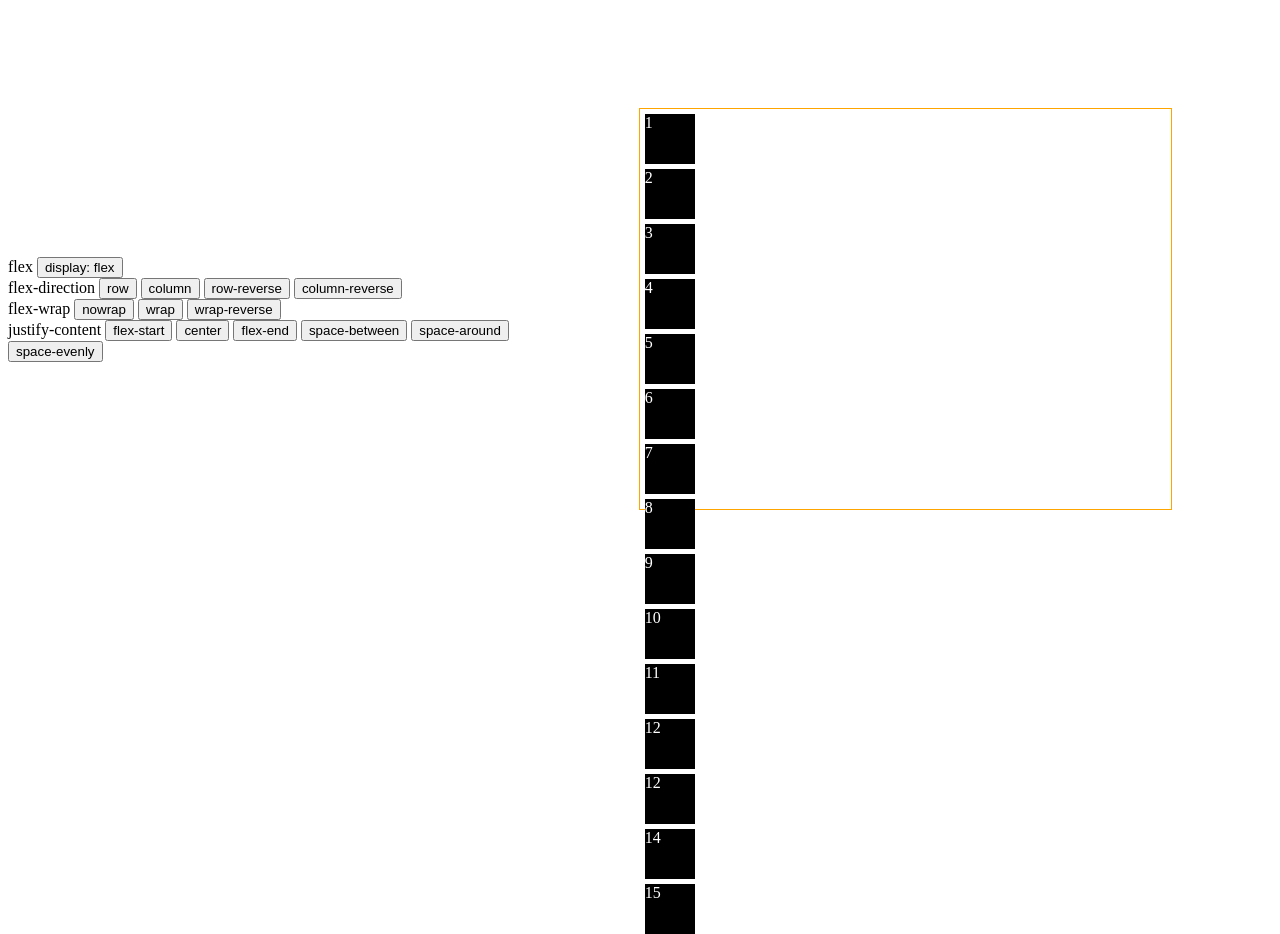
Repository: eeoooo/MINI-PROJECTS-HTML-CSS
Page: 220730-PracticeCSSFlex/index.html
These files come from the project's save history. The page is drawn as it stood at one moment and after the next save; the edit follows.
The browser window is 1280 px wide. The pictures show the whole page.

Above is the page before, as saved 2022-07-30 19:51:50.

After the next save:
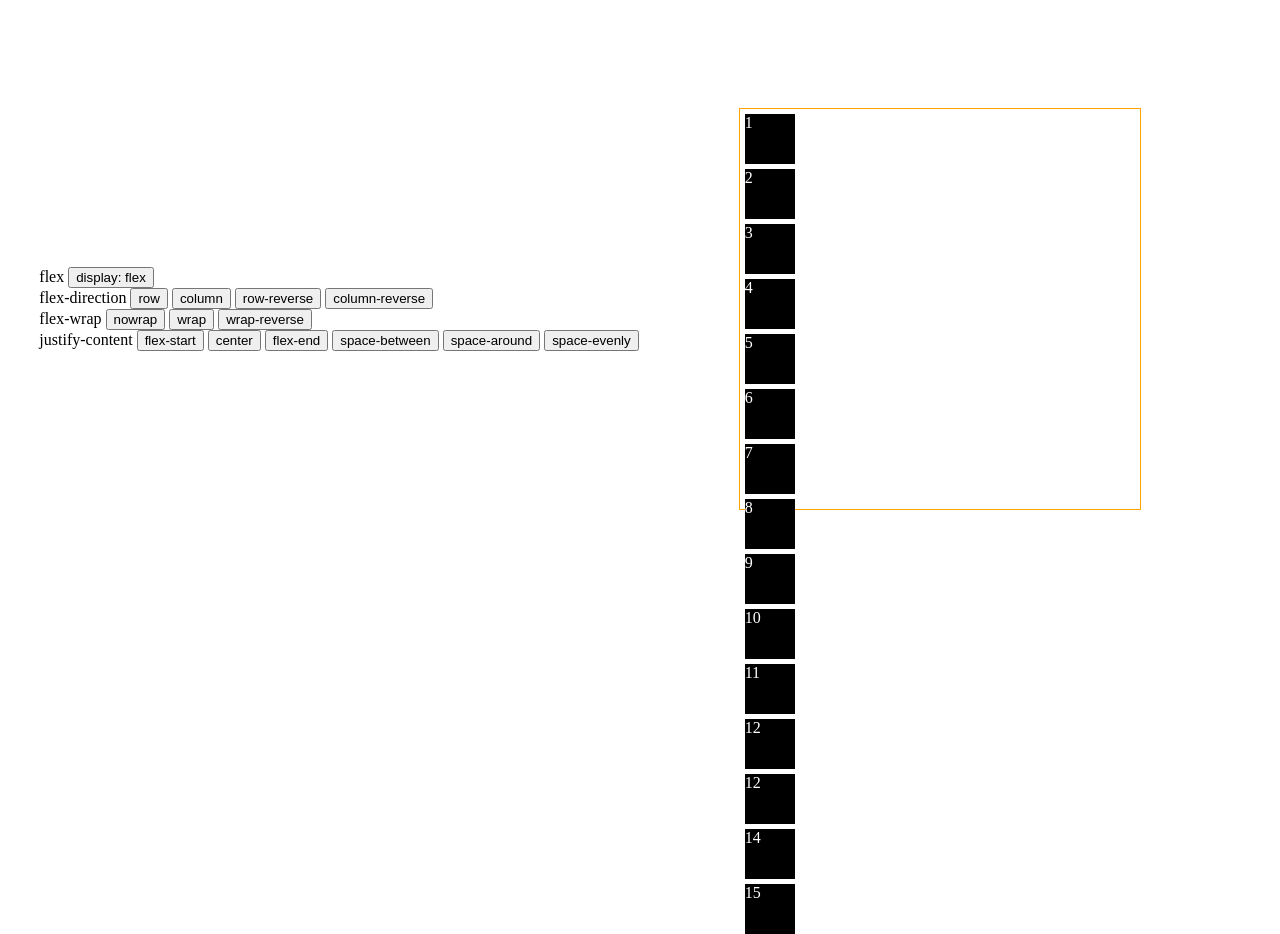
Saved 79 s later.
--- a/220730-PracticeCSSFlex/style.css
+++ b/220730-PracticeCSSFlex/style.css
@@ -4,7 +4,7 @@ body {
   align-items: center;
 }
 .container {
-  width: 600px;
+  width: 400px;
   height: 400px;
   border: 1px solid orange;
   margin: 100px;
